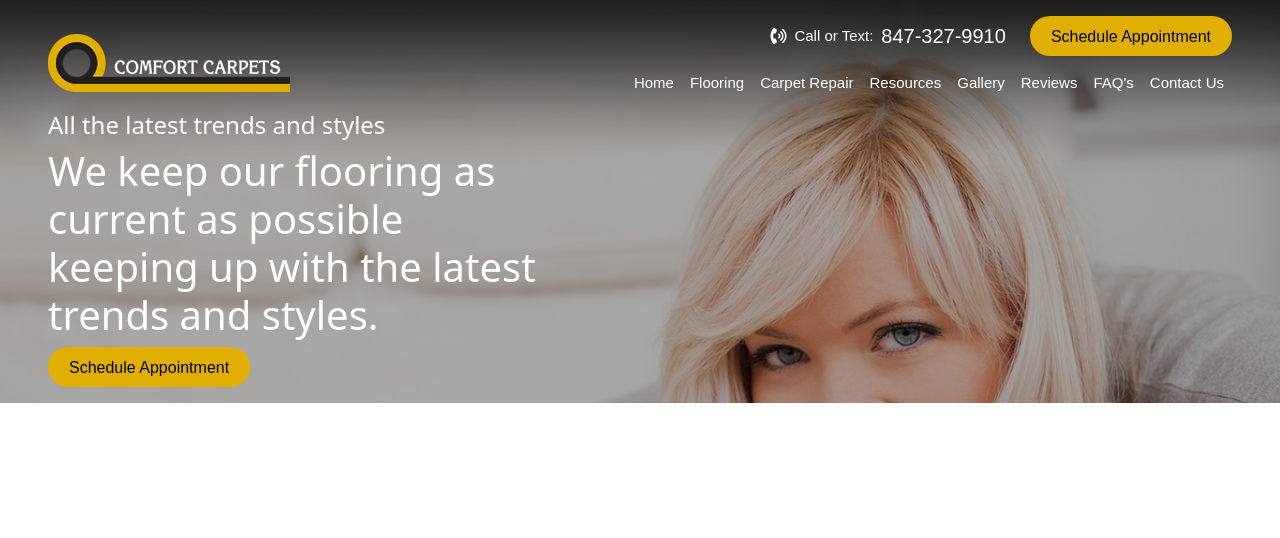
Repository: Ab-dur-Rehman/sscaseFolders
Page: index.html
These files come from the project's save history. The page is drawn as it stood at one moment and after the next save; the edit follows.
The browser window is 1280 px wide. The pictures show the whole page.
Some web fonts or font styles are not loaded; a fallback is used.

Above is the page before, as saved 2022-12-20 20:26:15.

After the next save:
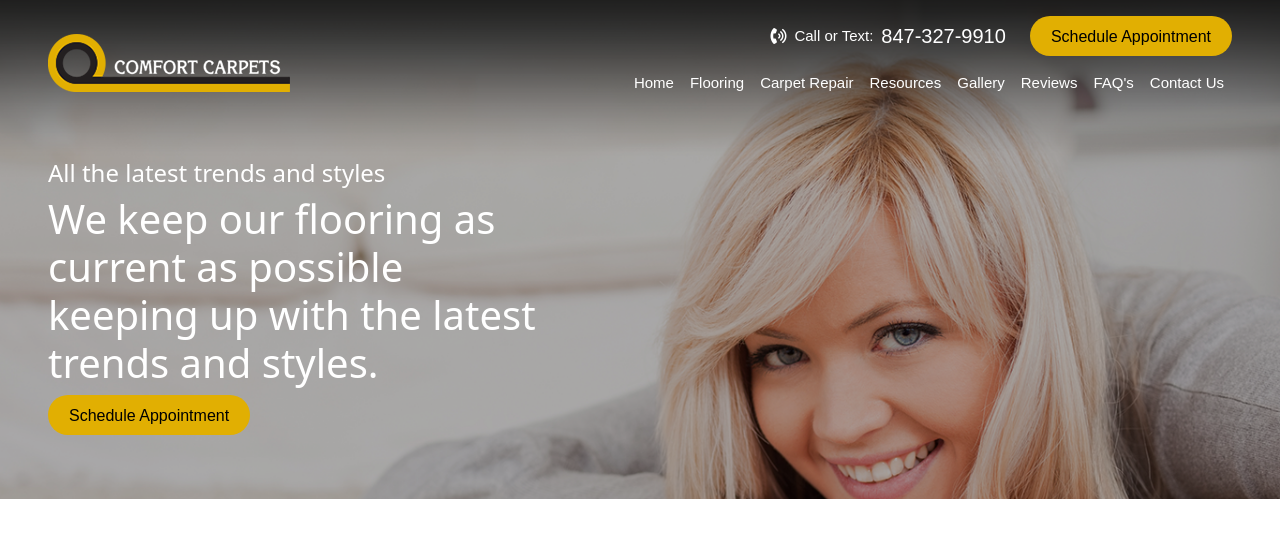
Saved 5 s later.
--- a/index.html
+++ b/index.html
@@ -78,7 +78,7 @@
             </div>
           </div>
         </div>
-        <div class="header-bottom row gx-0 max-content d-flex flex-row align-items-center py-6">
+        <div class="header-bottom row gx-0 max-content d-flex flex-row align-items-center py-5">
           <div class="col-md-5 banner-text mx-0 px-0">
             <div class="banner-text-inner">
               <h4 class="banner-title">All the latest trends and styles</h4>
